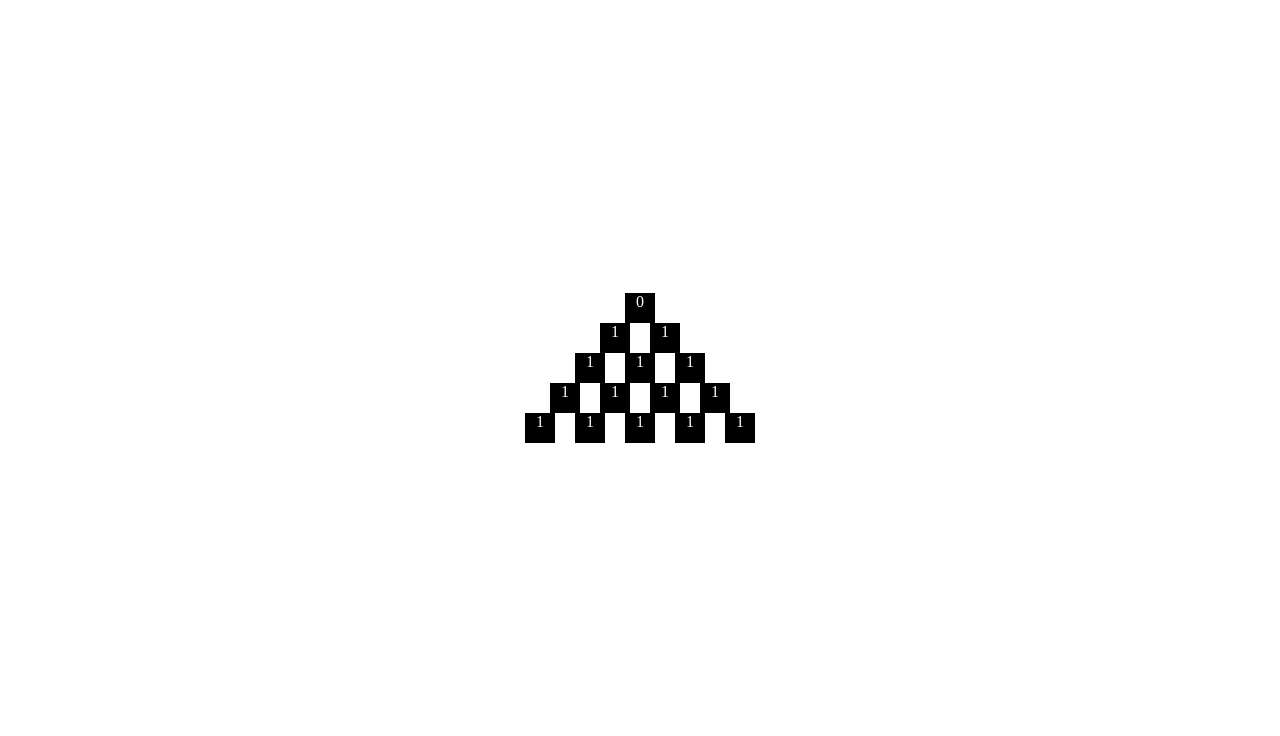
Repository: Yash19075/Mathematical-Peg-game
Page: Peg-game.html
The author's editor kept a copy of each file at every save. The page is drawn from the files as they stood at one save, then again after the next save.
The browser window is 1280 px wide. The pictures show the whole page.

Above is the page before, as saved 2025-03-15 12:00:08.

After the next save:
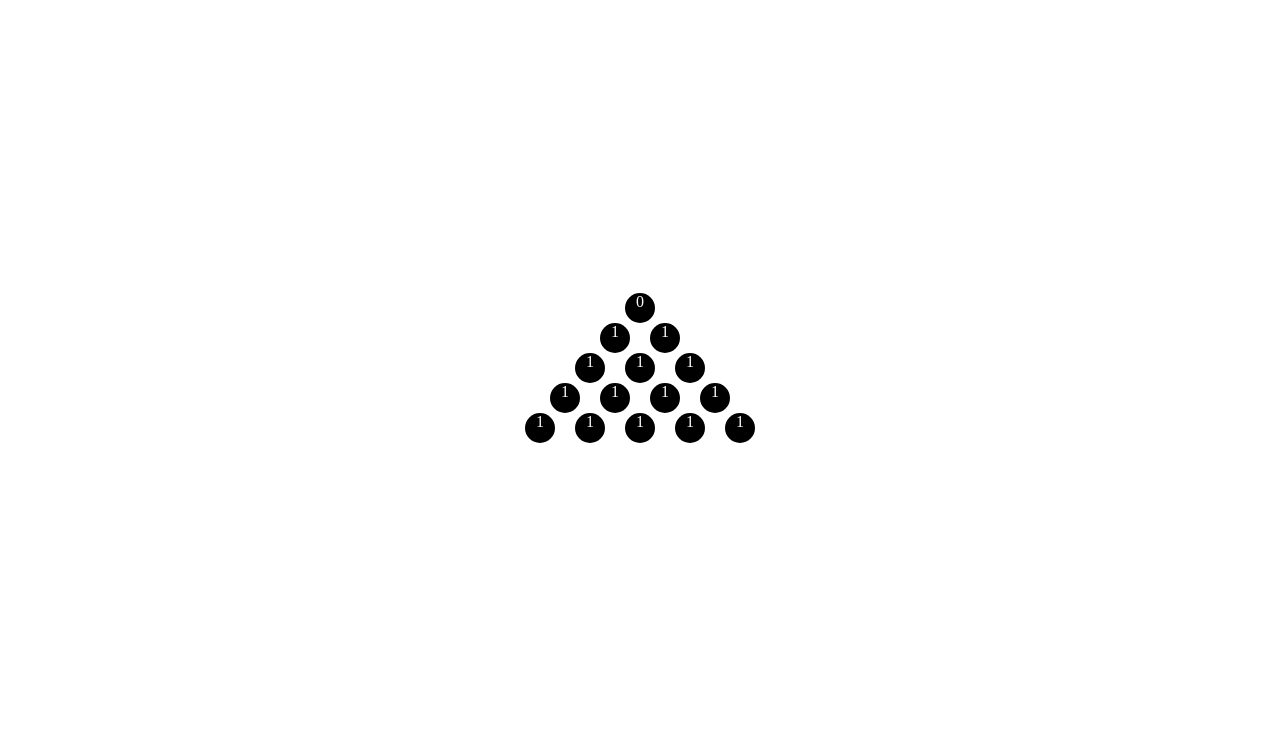
Saved 7 s later.
--- a/Peg-game.css
+++ b/Peg-game.css
@@ -18,7 +18,7 @@ body {
 }
 
 .peg{
-    /* border-radius: 50%; */
+    border-radius: 50%;
     background-color: black;
     color: white;
     width: 30px;
